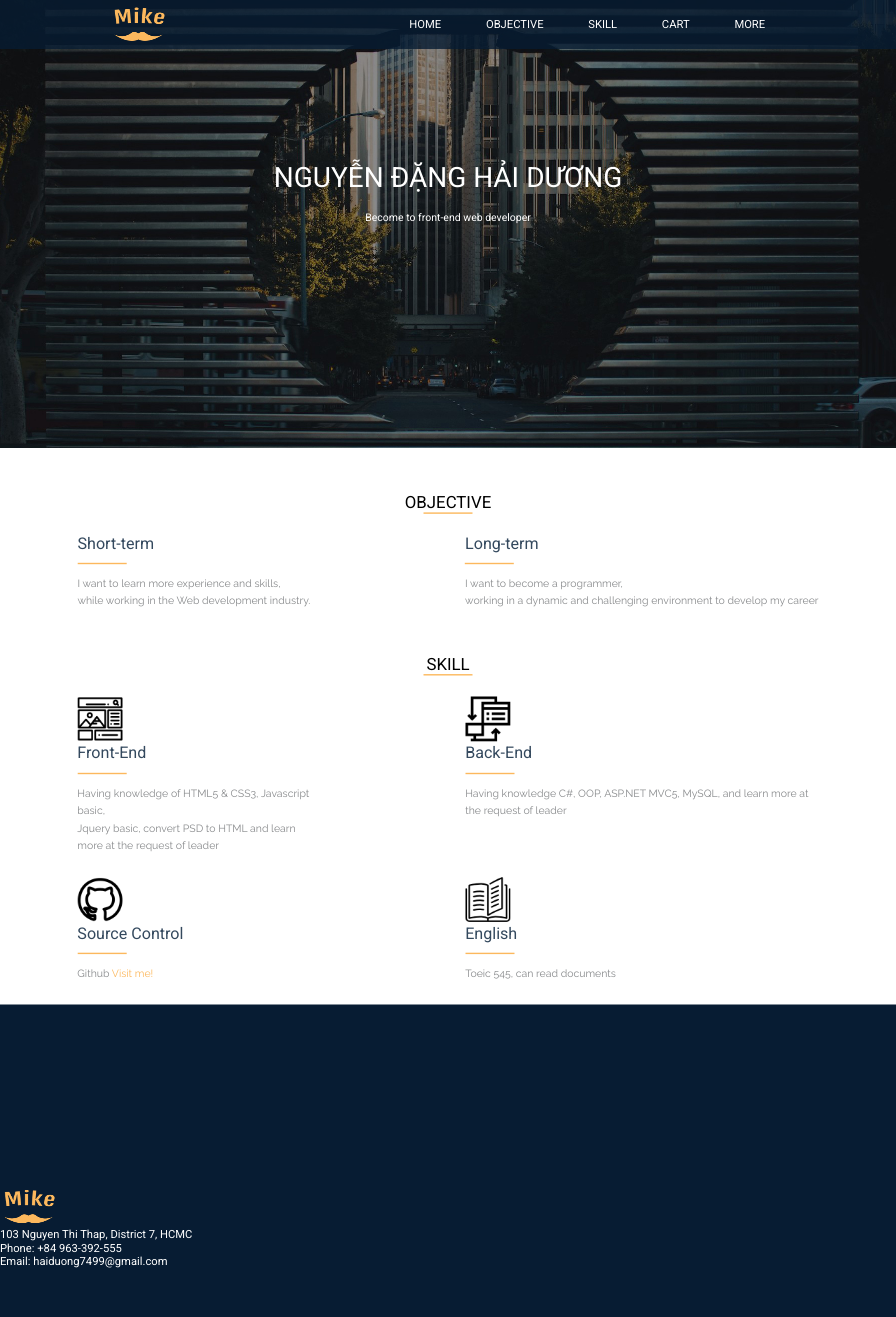
Repository: haiduong7499/Personal-Profile
Page: index.html
An editor plug-in stored every save of this project. The page is shown before and after the next save, followed by the edit.
The browser window is 1280 px wide. The pictures show the whole page, at 70% of full size.

Above is the page before, as saved 2021-03-02 12:47:15.

After the next save:
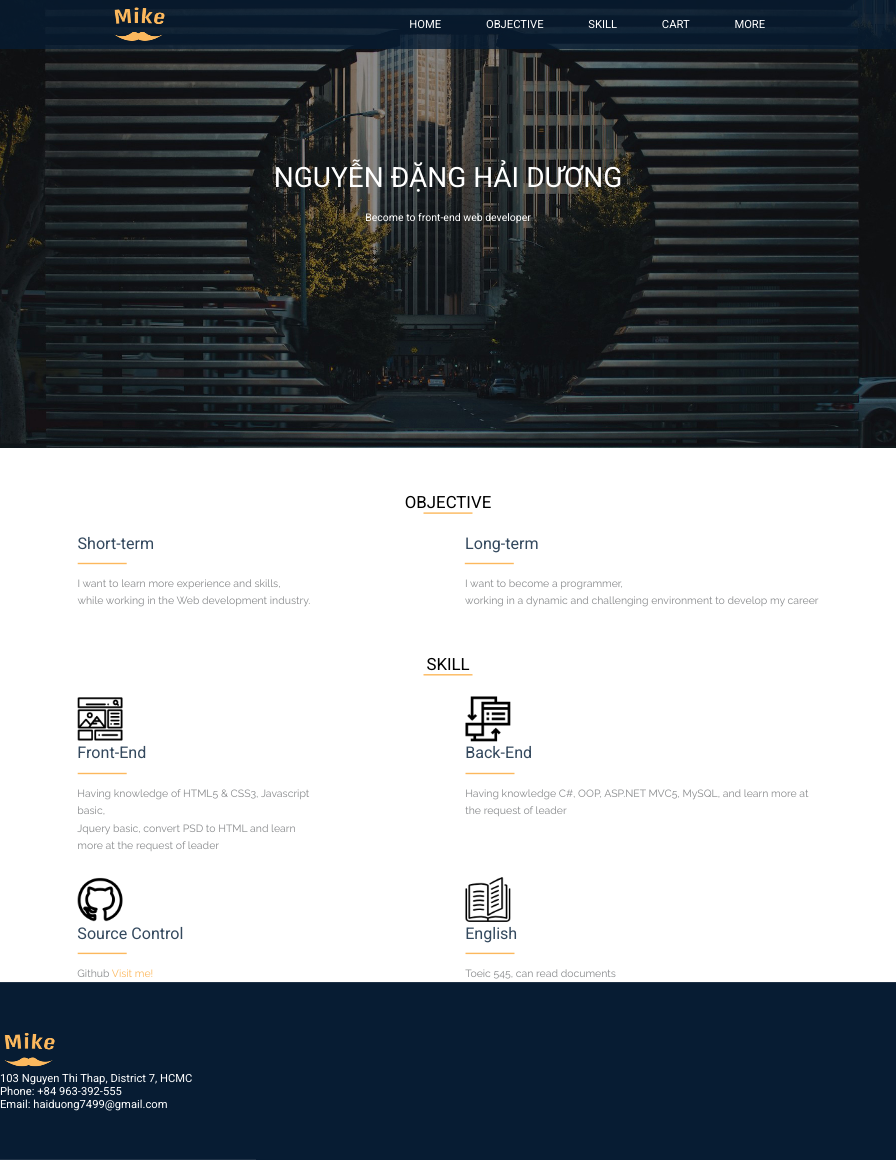
Saved 39 s later.
--- a/style/style.css
+++ b/style/style.css
@@ -152,8 +152,6 @@
 #bottom{
     background:#071c33;
     bottom:0;
-    margin-top:2.5%;
-    padding-top: 15%;
 }
 .bottom-container{
     padding: 70px 0;
